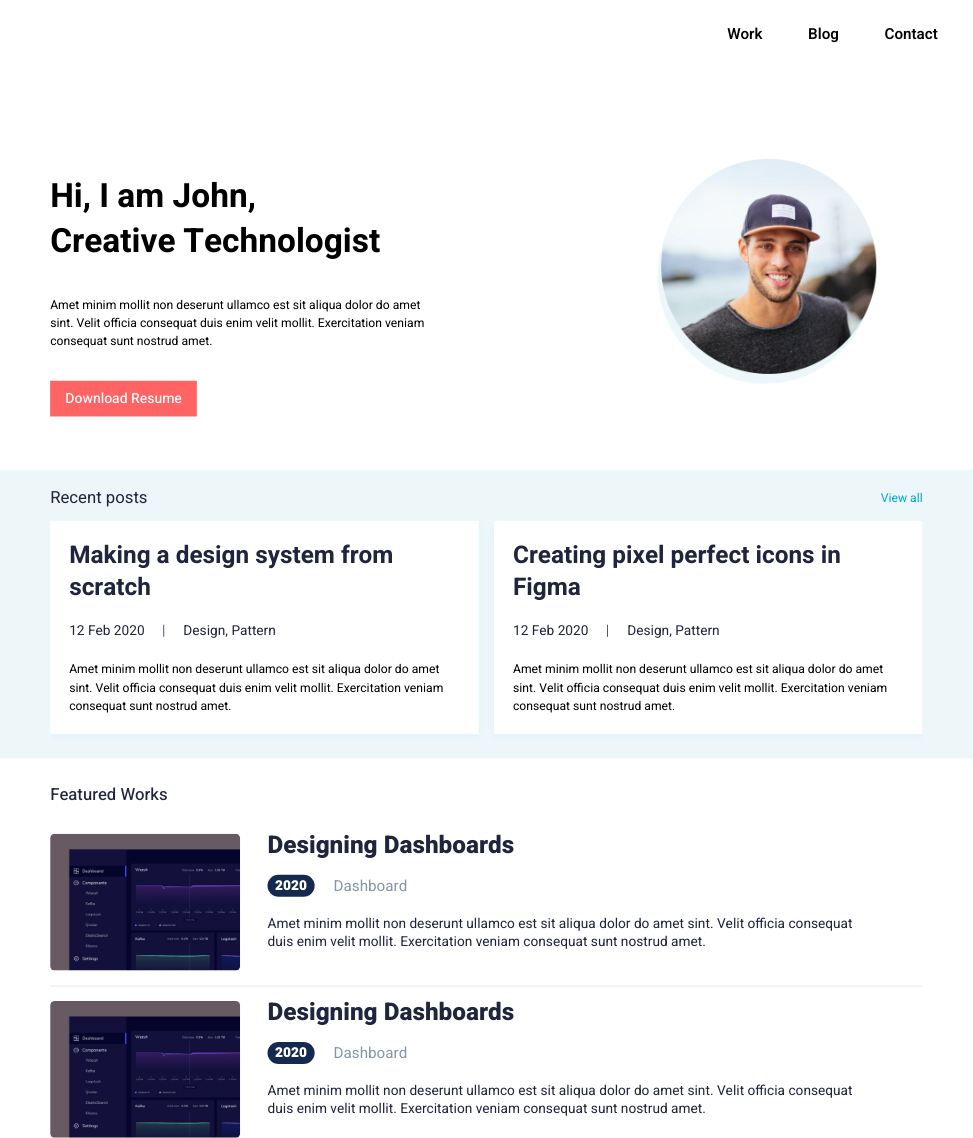
Repository: sharma171/portfolio
Page: /
These files come from the project's save history. The page is drawn as it stood at one moment and after the next save; the edit follows.
The browser window is 1280 px wide. The pictures show the whole page, at 76% of full size.
The project was rebuilt for these pictures with package versions that can differ from the ones it lists, and the page was loaded fresh each time. The framework's server and built-in components were replaced by stand-ins that run in the browser. Also part of the build but not shown: next.config.mjs.

Above is the page before, as saved 2024-06-02 08:34:16.

### src/app/layout.js

import "./globals.css";


export const metadata = {
  title: "Portfolio Website",
  description: "Blogging and projects site",
};

export default function RootLayout({ children }) {
  return (
    <html lang="en">
      <body>{children}</body>
    </html>
  );
}

### src/app/page.js
import "./page.css";
import Header from "../components/Header";
import Hero from "../components/Hero";
import HomeBlog from "../components/HomeBlog";
import Featured from "../components/Featuredworks";

export default function Home() {
  return (
    <main className="main">
      <Header />
      <Hero />
      <HomeBlog />
      <section className="featured-home">
        <div className="container">
          <div className="top-heading">
            <h3 className="head">
              Featured Works
            </h3>
          </div>
            <Featured/>
        </div>
      </section>
    </main>
  );
}

### src/app/globals.css
@import url('https://fonts.googleapis.com/css2?family=Heebo:wght@100..900&display=swap');

:root {
  --max-width: 1180px;
  --border-radius: 12px;
  --font-mono: ui-monospace, Menlo, Monaco, "Cascadia Mono", "Segoe UI Mono",
    "Roboto Mono", "Oxygen Mono", "Ubuntu Monospace", "Source Code Pro",
    "Fira Mono", "Droid Sans Mono", "Courier New", monospace;
  --main-font: "Heebo", sans-serif;
  --weight--300: 300;
  --weight--400: 400;
  --weight--500: 500;
  --weight--600: 600;
  --weight--700: 700;
  --weight--800: 800;
  --weight--900: 900;
  --hero-button: #FF6464;
  --text-color: #21243D;
}

* {
  box-sizing: border-box;
  padding: 0;
  margin: 0;
}

html,
body {
  max-width: 100vw;
  overflow-x: hidden;
  font-family: var(--main-font);
}

a {
  color: inherit;
  text-decoration: none;
}
.container {
  max-width: var(--max-width);
  margin: 0 auto;
  padding: 0 1rem;
}
header {
  background: #fff;
}
header .header-logo {
  width: 1rem;
  height: auto;
}
.nav {
  display: flex;
  flex-direction: row;
  justify-content:space-between;
  max-width: 1280px;
  margin: 0 auto;
  padding: 0 1rem;
}
.navMenu {
  display: flex;
  flex-direction: row;
  align-items: center;
}
.navMenu .navLink {
  font-size: 1.25rem;
  font-weight: var(--weight--600);
  color: var(--primary-color);
  margin: 30px;
}

### src/app/page.css
.main {
  display: flex;
  flex-direction: column;
  min-height: 100vh;
}
/* ----------------- hero section ----------------- */
.hero .hero-row {
  display: flex;
  flex-direction: row;
}
.hero .hero-lhs {
  width: 70%;
}
.hero .hero-lhs .hero-cta {
  display: flex;
  flex-direction: column;
  gap: 40px;
  margin-top: 140px;
  margin-bottom: 70px;
}
.hero .hero-lhs .hero-cta .main-head {
  font-size: 44px;
  line-height: 3.75rem;
  font-weight: 700;
}
.hero .hero-lhs .hero-cta .sub-head {
  font-size: 16px;
  line-height: 1.5rem;
  font-weight: 400;
  max-width: 500px;
}
.hero .hero-lhs .hero-cta .cta-button {
  padding: 14px 20px;
  font-size: 1.15rem;
  line-height: 19px;
  font-weight: 500;
  font-family: "Heebo", sans-serif;
  margin-right: auto;
  background: var(--hero-button);
  color: #fff;
  border: none;
}
.hero .hero-rhs {
  width: 30%;
  display: flex;
  justify-content: flex-start;
  align-items: center;
}
.hero .hero-rhs .hero-img {
  position: relative;
}
.hero .hero-rhs .hero-img .image {
  width: 283px;
  height: 283px;
  z-index: 1;

}
.hero .hero-rhs .hero-img::after {
  content: "";
  position: absolute;
  top: 13px;
  left: -5px;
  width: 283px;
  height: 283px;
  background: #EDF7FA;
  z-index: -1;
  border-radius: 300px;
}

/* -------------------------  Home Blog Section --------------------------------------- */

.home-blog {
  background: #EDF7FA;
}
.home-blog .blog-head {
  display: flex;
  flex-direction: row;
  justify-content: space-between;
  align-items: center;
  margin-top: 7px;
}
.home-blog .blog-head .heading {
  font-size: 22px;
  line-height: 60px;
  font-weight: 400;
  color: var(--text-color);
}
.home-blog .blog-head .more-link {
  font-size: 16px;
  font-weight: 400;
  color: #00A8CC;
}

/* ----------------------- Blog Carousel ----------------------------------------- */
.blog-carousel .blog-image {
  display: none;
}
.blog-carousel {
  display: flex;
  flex-direction:row;
  overflow: hidden;
  max-width: 100%;
  padding-bottom: 32px;
}
.blog-carousel .blog-item {
  background-color: #fff;
  box-shadow: #bbe1fa3d 0 4px 10px 0;
  padding: 25px;
  display: flex;
  flex-direction: column;
  gap: 25px;
}
.blog-carousel .blog-item:nth-child(odd){
  margin-right: 10px;
}
.blog-carousel .blog-item:nth-child(even) {
  margin-left: 10px;
}
.blog-carousel .blog-item .blog-item-head {
  /* margin-bottom: 17px; */
}
.blog-carousel .blog-item .blog-item-head .head {
  font-size: 32px;
  line-height: 1.3em;
  font-weight: 700;
  color: var(--text-color);
}
.blog-carousel .blog-info {
  display: flex;
  flex-direction: row;
  gap: 25px;
  /* margin-bottom: 11px; */
}
.blog-carousel .blog-info .divline {
  width: 1px;
  height: 15.799999999999958px;
  margin-top: 4px;
  background: var(--text-color);
}
.blog-carousel .blog-info .date {
  font-size: 18px;
  line-height: 26px;
  color: var(--text-color);
  font-weight: 400;
}
.blog-carousel .blog-info .author {
  font-size: 18px;
  line-height: 26px;
  color: var(--text-color);
  font-weight: 400;
}
.blog-carousel .blog-info .blog-para .para{
  font-size: 16px;
  line-height: 24px;
  color: var(--text-color);
  font-weight: 400;
}

/* ---------------------------- Featured Works -------------------------------------------------------------------- */

.featured-home {
  background: #fff;
}
.featured-home .top-heading {
  display: flex;
  flex-direction: row;
  justify-content: space-between;
  align-items: center;
  margin-top: 17px;
  margin-bottom: 22px;
}
.featured-home .top-heading .head {
  font-size: 22px;
  color: var(--text-color);
  line-height: 60px;
  font-weight: 500;
}
.workcards {
  display: flex;
  flex-direction: column;
  gap: 40px;
}
.workcards .card-item {
  display: flex;
  flex-direction: row;
  position: relative;
}
.workcards .card-item::after{
  content: "";
  position: absolute;
  top: calc(100% + 20px);
  left: 0;
  width: 100%;
  height: 1px;
  background: #E0E0E0;
}
.workcards .card-item .card-thumb {
  width: 250px;
  height: 180px;
  margin-right: 18px;
}
.workcards .card-item .card-thumb .thumb-img {
  width: 250px;
  height: 180px;
  object-fit: cover;
  border-radius:6px;
}
.workcards .card-item .card-info {
  display: flex;
  flex-direction: column;
  margin-left: 18px;
  gap: 24px;
}
.workcards .card-item .card-info .heading {
  font-size: 32px;
  font-weight: 800;
  line-height: 30px;
  color: var(--text-color);
}
.workcards .card-item .card-info .info-row {
  display: flex;
  flex-direction: row;
  gap: 25px;
}
.workcards .card-item .card-info .info-row .date {
  font-size: 18px;
  line-height: 17px;
  font-weight: 900;
  padding: 6px 10px 5px 10px;
  border-radius: 16px;
  color: #fff;
  background: #142850;
}
.workcards .card-item .card-info .info-row .topic {
  font-size: 20px;
  color: #8695A4;
}
.workcards .card-item .card-info .info-para {
  font-size: 18px;
  line-height: 24px;
  color: #21243D;
  font-weight: 400;
  width: 90%;
}

### src/components/Header.jsx
import React from "react";
import "../app/globals.css";

const navLink = [
    {
        name: "Work",
        link: "/"
    },
    {
        name: "Blog",
        link: "/blog"
    },
    {
        name: "Contact",
        link: "/contact"
    },
]

const Header = () => {
    return(
        <header>
            <nav className="nav">
                <a href="/">

                </a>
                <div className="navMenu">
                    {navLink.map((item, index) => (
                        <a href={item.link} className="navLink" key={index}>{item.name}</a>
                    ))}
                </div>
            </nav>
        </header>
    )
}

export default Header;

### src/components/hero.jsx
import React from "react";
import Image from 'next/image';
import HeroImg from "../../public/hero-img.png"

const Hero = () => {
    return (
        <>
        <section className="hero">
            <div className="container">
                <div className="hero-row">
                    <div className="hero-lhs">
                        <div className="hero-cta">
                            <h1 className="main-head">
                            Hi, I am John,<br></br>Creative Technologist
                            </h1>
                            <p className="sub-head">
                            Amet minim mollit non deserunt ullamco est sit aliqua dolor do amet sint. Velit officia consequat duis enim velit mollit. Exercitation veniam consequat sunt nostrud amet.
                            </p>
                            <button className="cta-button">Download Resume</button>
                        </div>
                    </div>
                    <div className="hero-rhs">
                        <div className="hero-img">
                            <Image
                                src={HeroImg} // Path to your image
                                alt="hero"
                                width={243}
                                height={243}
                                className="image"
                            />
                        </div>
                    </div>
                </div>
            </div>
        </section>
        </>
    )
}
export default Hero

### src/components/HomeBlog.jsx
import React from "react";

const carItem = [
  {
    title: "Making a design system from scratch",
    date: "12 Feb 2020",
    author: "Design, Pattern",
    shortDescription: "Amet minim mollit non deserunt ullamco est sit aliqua dolor do amet sint. Velit officia consequat duis enim velit mollit. Exercitation veniam consequat sunt nostrud amet.",
    thumbnailImage: "", // Consider adding a valid image URL here
  },
  {
    title: "Creating pixel perfect icons in Figma",
    date: "12 Feb 2020",
    author: "Design, Pattern",
    shortDescription: "Amet minim mollit non deserunt ullamco est sit aliqua dolor do amet sint. Velit officia consequat duis enim velit mollit. Exercitation veniam consequat sunt nostrud amet.",
    thumbnailImage: "", // Consider adding a valid image URL here
  },
];

const HomeBlog = () => {
  return (
    <section className="home-blog">
      <div className="container">
        <div className="blog-head">
          <h3 className="heading">Recent posts</h3>
          <a href="" className="more-link">View all</a>
        </div>
        <div className="blog-carousel">
          {carItem.map((item, index) => (
            <div key={index} className={`blog-item ${index}`}>
              <div className="blog-item-head">
                <h3 className="head">{item.title}</h3>
              </div>
              <div className="blog-info">
                <span className="date">{item.date}</span>
                <div className="divline"></div>
                <span className="author">{item.author}</span>
              </div>
              <div className="blog-para">
                <p className="para">{item.shortDescription}</p>
              </div>
              {item.thumbnailImage && (
                <div className="blog-image">
                  <img src={item.thumbnailImage} alt={item.title} />
                </div>
              )}
            </div>
          ))}
        </div>
      </div>
    </section>
  );
};

export default HomeBlog;

### src/components/Featuredworks.jsx
import React from "react";
import Image from "next/image"

import ThumbImg from "../../public/work/work1.jpg"

const FeaturedWorks = () => {
    return(
        <>
        <div className="workcards">
            <div className="card-item">
                <div className="card-thumb">
                    <Image src={ThumbImg} alt="thumbnail" className="thumb-img" />
                </div>
                <div className="card-info">
                    <h3 className="heading">Designing Dashboards</h3>
                    <div className="info-row">
                        <span className="date">2020</span>
                        <span className="topic">Dashboard</span>
                    </div>
                    <p className="info-para">
                        Amet minim mollit non deserunt ullamco est sit aliqua dolor do amet sint. Velit officia consequat duis enim velit mollit. Exercitation veniam consequat sunt nostrud amet.
                    </p>
                </div>
            </div>
            <div className="card-item">
                <div className="card-thumb">
                    <Image src={ThumbImg} alt="thumbnail" className="thumb-img" />
                </div>
                <div className="card-info">
                    <h3 className="heading">Designing Dashboards</h3>
                    <div className="info-row">
                        <span className="date">2020</span>
                        <span className="topic">Dashboard</span>
                    </div>
                    <p className="info-para">
                        Amet minim mollit non deserunt ullamco est sit aliqua dolor do amet sint. Velit officia consequat duis enim velit mollit. Exercitation veniam consequat sunt nostrud amet.
                    </p>
                </div>
            </div>
        </div>
        </>
    )
}
export default FeaturedWorks;

After the next save:
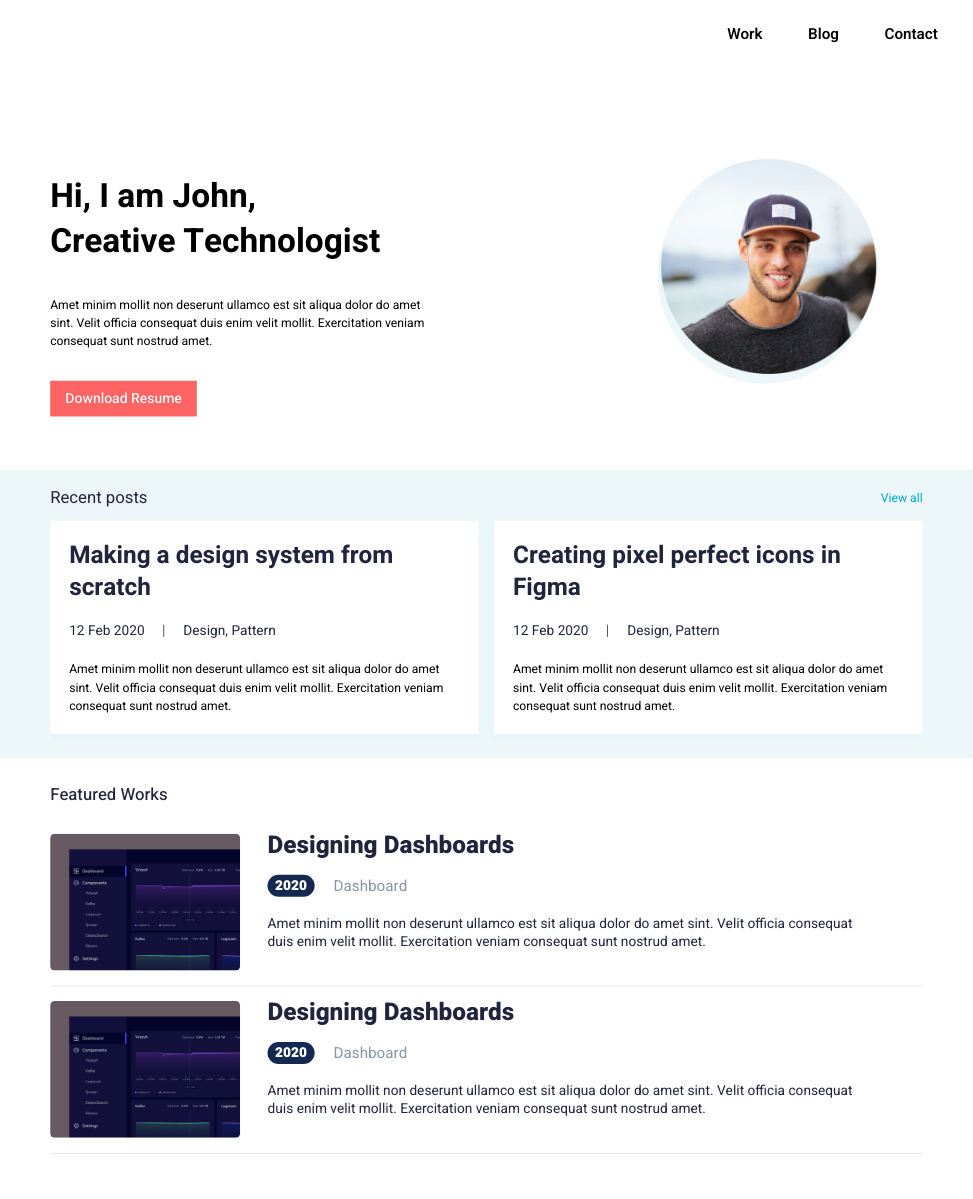
Saved 118 s later.
--- a/src/app/page.css
+++ b/src/app/page.css
@@ -179,6 +179,7 @@
   display: flex;
   flex-direction: column;
   gap: 40px;
+  padding-bottom: 80px;
 }
 .workcards .card-item {
   display: flex;
